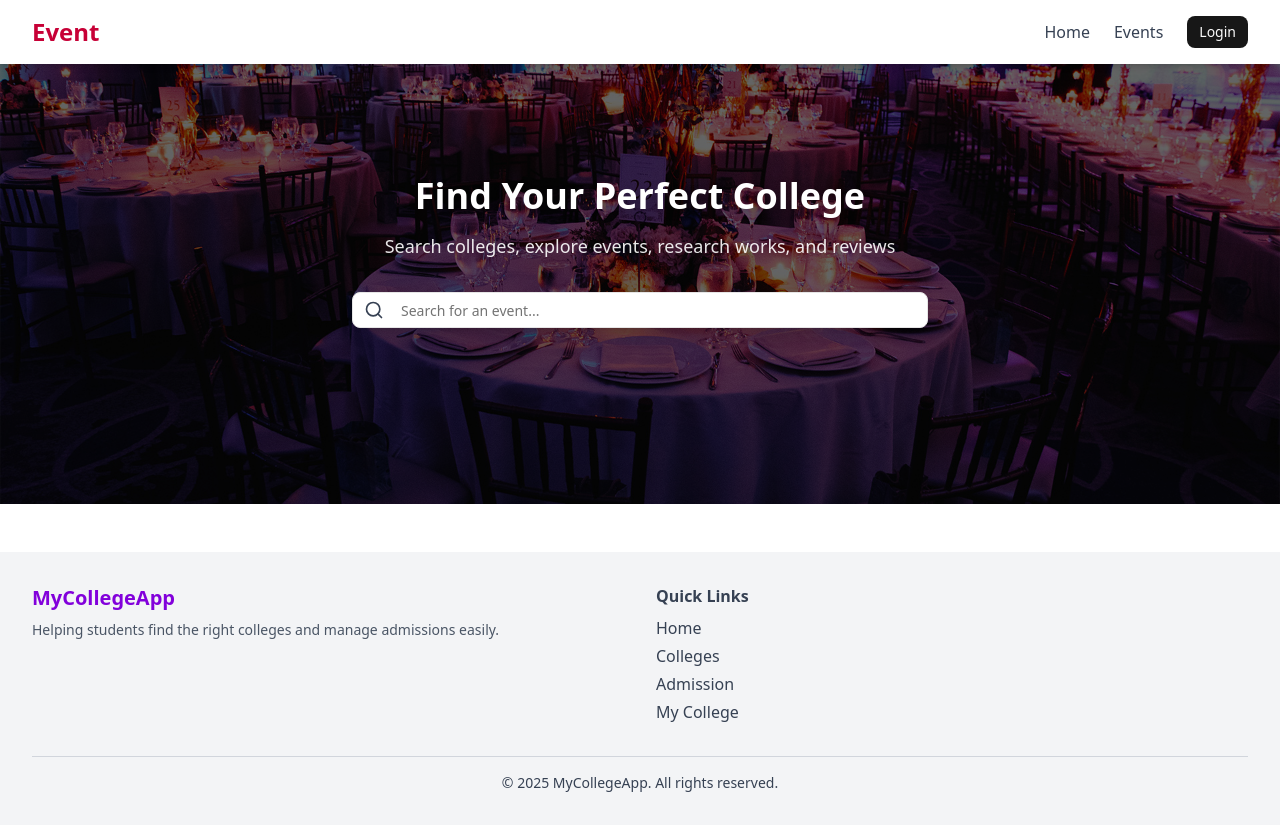
Repository: shshafin/event-client
Page: /
An editor plug-in stored every save of this project. The page is shown before and after a run of saves, followed by the edit.
The browser window is 1280 px wide. The pictures show the whole page.
The page's requests for data from a server got no answer. The project was rebuilt for these pictures with package versions that can differ from the ones it lists, and the page was loaded fresh each time. The framework's server and built-in components were replaced by stand-ins that run in the browser. No one was signed in, and anything a server would have sent is missing. Also part of the build but not shown: next.config.ts, src/components/ui/dropdown-menu.tsx.

Above is the page before, as saved 2025-10-30 14:39:14.

### src/app/layout.tsx
import "@/styles/globals.css";
import { Viewport } from "next";
import clsx from "clsx";

import { fontSans } from "@/config/font";
import { Providers } from "@/lib/provider";

export const viewport: Viewport = {
  themeColor: [
    { media: "(prefers-color-scheme: light)", color: "white" },
    { media: "(prefers-color-scheme: dark)", color: "black" },
  ],
};

export default function RootLayout({
  children,
}: {
  children: React.ReactNode;
}) {
  return (
    <html
      suppressHydrationWarning
      lang="en">
      <head />
      <body
        className={clsx(
          "min-h-screen bg-background font-sans antialiased",
          fontSans.variable
        )}>
        <Providers>{children}</Providers>
      </body>
    </html>
  );
}

### src/app/(withCommonLayout)/layout.tsx
import Footer from "@/components/ui/Footer";
import Navbar from "@/components/ui/Navbar";
import React from "react";

const withCommonLayout = ({ children }: { children: React.ReactNode }) => {
  return (
    <div className="relative flex flex-col h-screen">
      <Navbar />
      <main>{children}</main>
      <Footer />
    </div>
  );
};

export default withCommonLayout;

### src/app/(withCommonLayout)/(home)/layout.tsx
import { ReactNode } from "react";

const Layout = ({
  children,
  events,
  categories,
  reviews,
}: {
  children: ReactNode;
  events: ReactNode;
  categories: ReactNode;
  reviews: ReactNode;
}) => {
  return (
    <>
      {children}
      {events}
      {categories}
      {reviews}
    </>
  );
};

export default Layout;

### src/app/(withCommonLayout)/(home)/page.tsx
import Landing from "@/components/modules/home/Landing";

export default function Home() {
  return (
    <>
      <Landing />
    </>
  );
}

### src/lib/provider/index.tsx
"use client";

import * as React from "react";
import { QueryClient, QueryClientProvider } from "@tanstack/react-query";
import { Toaster } from "sonner";
import UserProvider from "@/context/user.provider";

export interface ProvidersProps {
  children: React.ReactNode;
}

export function Providers({ children }: ProvidersProps) {
  const queryClient = new QueryClient();

  return (
    <QueryClientProvider client={queryClient}>
      <UserProvider>
        <Toaster
          richColors
          position="top-center"
          closeButton
        />
        {children}
      </UserProvider>
    </QueryClientProvider>
  );
}

### src/components/ui/Footer.tsx
"use client";

import Link from "next/link";

export default function Footer() {
  return (
    <footer className="bg-gray-100 dark:bg-gray-900 text-gray-700 dark:text-gray-300 py-8 mt-12">
      <div className="max-w-7xl mx-auto px-4 sm:px-6 lg:px-8">
        <div className="grid grid-cols-1 md:grid-cols-2 gap-8">
          {/* Logo & description */}
          <div>
            <span className="font-bold text-xl text-purple-700">
              MyCollegeApp
            </span>
            <p className="mt-2 text-sm text-gray-600 dark:text-gray-400">
              Helping students find the right colleges and manage admissions
              easily.
            </p>
          </div>

          {/* Quick Links */}
          <div>
            <h3 className="font-semibold mb-2">Quick Links</h3>
            <ul className="space-y-1">
              <li>
                <Link
                  href="/"
                  className="hover:text-purple-700">
                  Home
                </Link>
              </li>
              <li>
                <Link
                  href="/college"
                  className="hover:text-purple-700">
                  Colleges
                </Link>
              </li>
              <li>
                <Link
                  href="/admission"
                  className="hover:text-purple-700">
                  Admission
                </Link>
              </li>
              <li>
                <Link
                  href="/my-college"
                  className="hover:text-purple-700">
                  My College
                </Link>
              </li>
            </ul>
          </div>
        </div>

        <div className="mt-8 border-t border-gray-300 dark:border-gray-700 pt-4 text-center text-sm">
          © {new Date().getFullYear()} MyCollegeApp. All rights reserved.
        </div>
      </div>
    </footer>
  );
}

### src/components/modules/home/Landing.tsx
"use client";

import Image from "next/image";
import { Input } from "@/components/ui/input";
import { Search } from "lucide-react";
import { useState } from "react";
import Link from "next/link";
import { useSearchEvents } from "@/hooks/event.hook";

export default function Landing() {
  const [searchTerm, setSearchTerm] = useState("");
  const { data, isLoading, error } = useSearchEvents(searchTerm);

  return (
    <section className="relative h-[60vh] sm:h-[70vh] w-full">
      {/* Background Image */}
      <Image
        src="/college-hero.jpg"
        alt="College Hero"
        fill
        className="object-cover object-center"
        unoptimized
      />

      {/* Overlay for better contrast */}
      <div className="absolute inset-0 bg-black/60"></div>

      {/* Search content */}
      <div className="relative z-10 flex h-full flex-col items-center justify-center px-4 text-center">
        <h1 className="mb-4 text-3xl sm:text-4xl font-bold text-white drop-shadow-lg">
          Find Your Perfect College
        </h1>
        <p className="mb-6 sm:mb-8 text-base sm:text-lg text-white/90">
          Search colleges, explore events, research works, and reviews
        </p>

        <form
          className="w-full max-w-xl"
          onSubmit={(e) => e.preventDefault()} // prevent page reload
        >
          <div className="relative">
            <Input
              id="search"
              type="text"
              placeholder="Search for an event..."
              className="bg-white text-sm pl-12 shadow-lg"
              value={searchTerm}
              onChange={(e) => setSearchTerm(e.target.value)}
            />
            <Search className="absolute left-3 top-1/2 -translate-y-1/2 w-5 h-5 text-gray-700 pointer-events-none" />
          </div>
        </form>

        {/* Search results */}
        {searchTerm && (
          <div className="mt-4 w-full max-w-xl bg-white rounded-md shadow-lg p-4 text-left">
            {isLoading && <p>Loading...</p>}
            {error && <p className="text-red-500">Failed to load results</p>}
            {data?.data?.length === 0 && !isLoading && <p>No events found</p>}
            {data?.data?.map((event: any) => (
              <Link
                key={event._id}
                href={`/events/${event._id}`}
                className="block py-2 px-3 rounded hover:bg-gray-100 transition">
                {event.name}{" "}
                <span className="text-gray-500 text-sm">
                  ({event.category})
                </span>
              </Link>
            ))}
          </div>
        )}
      </div>
    </section>
  );
}

### src/context/user.provider.tsx
"use client";

import {
  createContext,
  Dispatch,
  SetStateAction,
  useContext,
  useEffect,
  useState,
} from "react";
import { IUser } from "../types";
import { getCurrentUser } from "../services/AuthService";

interface IUserProviderValues {
  user: IUser | null;
  isLoading: boolean;
  setUser: (user: IUser | null) => void;
  setIsLoading: Dispatch<SetStateAction<boolean>>;
}

const UserContext = createContext<IUserProviderValues | undefined>(undefined);

const UserProvider = ({ children }: { children: React.ReactNode }) => {
  const [user, setUser] = useState<IUser | null>(null);
  const [isLoading, setIsLoading] = useState(true);

  const handleUser = async () => {
    try {
      const user = await getCurrentUser();
      setUser(user);
    } catch (error) {
      console.error("Failed to fetch user:", error);
      setUser(null);
    } finally {
      setIsLoading(false);
    }
  };

  useEffect(() => {
    handleUser();
  }, []);

  return (
    <UserContext.Provider value={{ user, setUser, isLoading, setIsLoading }}>
      {children}
    </UserContext.Provider>
  );
};

export const useUser = () => {
  const context = useContext(UserContext);

  if (context === undefined) {
    throw new Error("useUser must be used within the UserProvider context");
  }

  return context;
};

export default UserProvider;

### src/components/ui/button.tsx
import * as React from "react"
import { Slot } from "@radix-ui/react-slot"
import { cva, type VariantProps } from "class-variance-authority"

import { cn } from "@/lib/utils"

const buttonVariants = cva(
  "inline-flex items-center justify-center gap-2 whitespace-nowrap rounded-md text-sm font-medium transition-all disabled:pointer-events-none disabled:opacity-50 [&_svg]:pointer-events-none [&_svg:not([class*='size-'])]:size-4 shrink-0 [&_svg]:shrink-0 outline-none focus-visible:border-ring focus-visible:ring-ring/50 focus-visible:ring-[3px] aria-invalid:ring-destructive/20 dark:aria-invalid:ring-destructive/40 aria-invalid:border-destructive",
  {
    variants: {
      variant: {
        default: "bg-primary text-primary-foreground hover:bg-primary/90",
        destructive:
          "bg-destructive text-white hover:bg-destructive/90 focus-visible:ring-destructive/20 dark:focus-visible:ring-destructive/40 dark:bg-destructive/60",
        outline:
          "border bg-background shadow-xs hover:bg-accent hover:text-accent-foreground dark:bg-input/30 dark:border-input dark:hover:bg-input/50",
        secondary:
          "bg-secondary text-secondary-foreground hover:bg-secondary/80",
        ghost:
          "hover:bg-accent hover:text-accent-foreground dark:hover:bg-accent/50",
        link: "text-primary underline-offset-4 hover:underline",
      },
      size: {
        default: "h-9 px-4 py-2 has-[>svg]:px-3",
        sm: "h-8 rounded-md gap-1.5 px-3 has-[>svg]:px-2.5",
        lg: "h-10 rounded-md px-6 has-[>svg]:px-4",
        icon: "size-9",
        "icon-sm": "size-8",
        "icon-lg": "size-10",
      },
    },
    defaultVariants: {
      variant: "default",
      size: "default",
    },
  }
)

function Button({
  className,
  variant,
  size,
  asChild = false,
  ...props
}: React.ComponentProps<"button"> &
  VariantProps<typeof buttonVariants> & {
    asChild?: boolean
  }) {
  const Comp = asChild ? Slot : "button"

  return (
    <Comp
      data-slot="button"
      className={cn(buttonVariants({ variant, size, className }))}
      {...props}
    />
  )
}

export { Button, buttonVariants }

### src/services/AuthService/index.ts
"use server";
import { axiosInstance } from "@/lib/AxiosInstance";
import { cookies } from "next/headers";
import { FieldValues } from "react-hook-form";

// Helper to get token from cookies
export const getToken = async () => {
  const cookieStore = await cookies();
  const token = cookieStore.get("access_token")?.value;
  if (!token)
    throw new Error("Authentication token not found. Please login again.");
  return token;
};

// ! Register User
export const registerUser = async (userData: FieldValues) => {
  try {
    const { data } = await axiosInstance.post("/users/register", userData);
    return data;
  } catch (error: any) {
    throw new Error(error);
  }
};

// ! Login User
export const loginUser = async (userData: FieldValues) => {
  try {
    const { data } = await axiosInstance.post("/auth/login", userData);
    if (data?.success) {
      (await cookies()).set("access_token", data?.data?.accessToken);
    }
    return data;
  } catch (error: any) {
    throw new Error(error);
  }
};

// ! Update User
export const updateUser = async (userData: FieldValues, id: string) => {
  try {
    const token = await getToken();
    const { data } = await axiosInstance.patch(
      `/users/update/${id}`,
      userData,
      {
        headers: {
          Authorization: `Bearer ${token}`,
        },
      }
    );
    return data;
  } catch (error: any) {
    throw new Error(error);
  }
};

// ! Logout User
export const logoutUser = async () => {
  (await cookies()).delete("access_token");
};

// ! get user
export const getCurrentUser = async () => {
  const accessToken = (await cookies()).get("access_token")?.value;

  if (!accessToken) return null;

  try {
    const { data } = await axiosInstance.get("/auth/me", {
      headers: {
        Authorization: `Bearer ${accessToken}`,
      },
    });

    return data;
  } catch (err) {
    console.error("Failed to fetch current user:", err);
    return null;
  }
};

### src/components/ui/input.tsx
import * as React from "react"

import { cn } from "@/lib/utils"

function Input({ className, type, ...props }: React.ComponentProps<"input">) {
  return (
    <input
      type={type}
      data-slot="input"
      className={cn(
        "file:text-foreground placeholder:text-muted-foreground selection:bg-primary selection:text-primary-foreground dark:bg-input/30 border-input h-9 w-full min-w-0 rounded-md border bg-transparent px-3 py-1 text-base shadow-xs transition-[color,box-shadow] outline-none file:inline-flex file:h-7 file:border-0 file:bg-transparent file:text-sm file:font-medium disabled:pointer-events-none disabled:cursor-not-allowed disabled:opacity-50 md:text-sm",
        "focus-visible:border-ring focus-visible:ring-ring/50 focus-visible:ring-[3px]",
        "aria-invalid:ring-destructive/20 dark:aria-invalid:ring-destructive/40 aria-invalid:border-destructive",
        className
      )}
      {...props}
    />
  )
}

export { Input }

### src/hooks/event.hook.ts
import {
  addEvent,
  getEventById,
  getEvents,
  getEventsByCategory,
  searchEventsByName,
} from "@/services/Event-Service";
import { useQuery, useMutation } from "@tanstack/react-query";

//  Get all events
export const useGetEvents = () => {
  return useQuery({
    queryKey: ["GET_EVENTS"],
    queryFn: async () => await getEvents(),
  });
};

//  Get single event by ID
export const useGetEventById = (id: string) => {
  return useQuery({
    queryKey: ["GET_EVENT", id],
    queryFn: async () => await getEventById(id),
    enabled: !!id,
  });
};

//  Get all events by category
export const useGetEventsByCategory = (category: string) => {
  return useQuery({
    queryKey: ["GET_EVENTS_BY_CATEGORY", category],
    queryFn: async () => await getEventsByCategory(category),
  });
};

//  Search events by name
export const useSearchEvents = (name: string) => {
  return useQuery({
    queryKey: ["SEARCH_EVENTS", name],
    queryFn: async () => await searchEventsByName(name),
    enabled: !!name,
  });
};

//  Add new event (admin only)
export const useAddEvent = () => {
  return useMutation({
    mutationFn: async (formData: FormData) => await addEvent(formData),
  });
};

### src/lib/AxiosInstance/index.ts
"use server";

import { envConfig } from "@/config/envConfig";
import axios from "axios";
import { cookies } from "next/headers";

export const axiosInstance = axios.create({
  baseURL: envConfig.base_Api,
});

axiosInstance.interceptors.request.use(
  async (config) => {
    try {
      const cookieStore = await cookies(); //
      const cookie = cookieStore.get("accessToken");
      const accessToken = cookie?.value;

      if (accessToken && config.headers) {
        config.headers.Authorization = `Bearer ${accessToken}`;
      }

      return config;
    } catch (err) {
      console.error("Axios request interceptor error:", err);
      return config;
    }
  },
  (error) => {
    return Promise.reject(error);
  }
);

axiosInstance.interceptors.response.use(
  (response) => response,
  (error) => {
    console.error(
      "Axios response error:",
      error.response?.data || error.message
    );
    return Promise.reject(error);
  }
);

### src/services/Event-Service/index.ts
"use server";

import { axiosInstance } from "@/lib/AxiosInstance";
import { getToken } from "../AuthService";


// Get all events
export const getEvents = async () => {
  try {
    const { data } = await axiosInstance.get("/events/all");
    return data;
  } catch (error: any) {
    throw new Error(error?.response?.data?.message || "Failed to fetch events");
  }
};

// Get single event by ID
export const getEventById = async (id: string) => {
  try {
    const { data } = await axiosInstance.get(`/events/${id}`);
    return data;
  } catch (error: any) {
    throw new Error(error?.response?.data?.message || "Failed to fetch event");
  }
};

// Get all events by category
export const getEventsByCategory = async (category: string) => {
  try {
    const { data } = await axiosInstance.get(`/events/category/${category}`);
    return data;
  } catch (error: any) {
    throw new Error(
      error?.response?.data?.message || "Failed to fetch events by category"
    );
  }
};

// Add new event (admin only)
export const addEvent = async (payload: FormData) => {
  try {
    const token = await getToken();

    const { data } = await axiosInstance.post("/events/create", payload, {
      headers: {
        Authorization: `Bearer ${token}`,
        "Content-Type": "multipart/form-data",
      },
    });

    return data;
  } catch (error: any) {
    throw new Error(error?.response?.data?.message || "Failed to create event");
  }
};

// Search events by name
export const searchEventsByName = async (name: string) => {
  try {
    const { data } = await axiosInstance.get("/events/search", {
      params: { name },
    });
    return data;
  } catch (error: any) {
    throw new Error(
      error?.response?.data?.message || "Failed to search events"
    );
  }
};

### src/config/envConfig.ts
export const envConfig = {
  base_Api: process.env.NEXT_PUBLIC_BASE_API,
  base_Url: process.env.NEXT_PUBLIC_BASE_URL,
};

Loaded but not shown: src/styles/globals.css (common file); src/config/font.ts (common file); src/lib/utils.ts (common file); src/components/ui/Navbar.tsx (195 lines, source omitted)

After the next 2 saves:
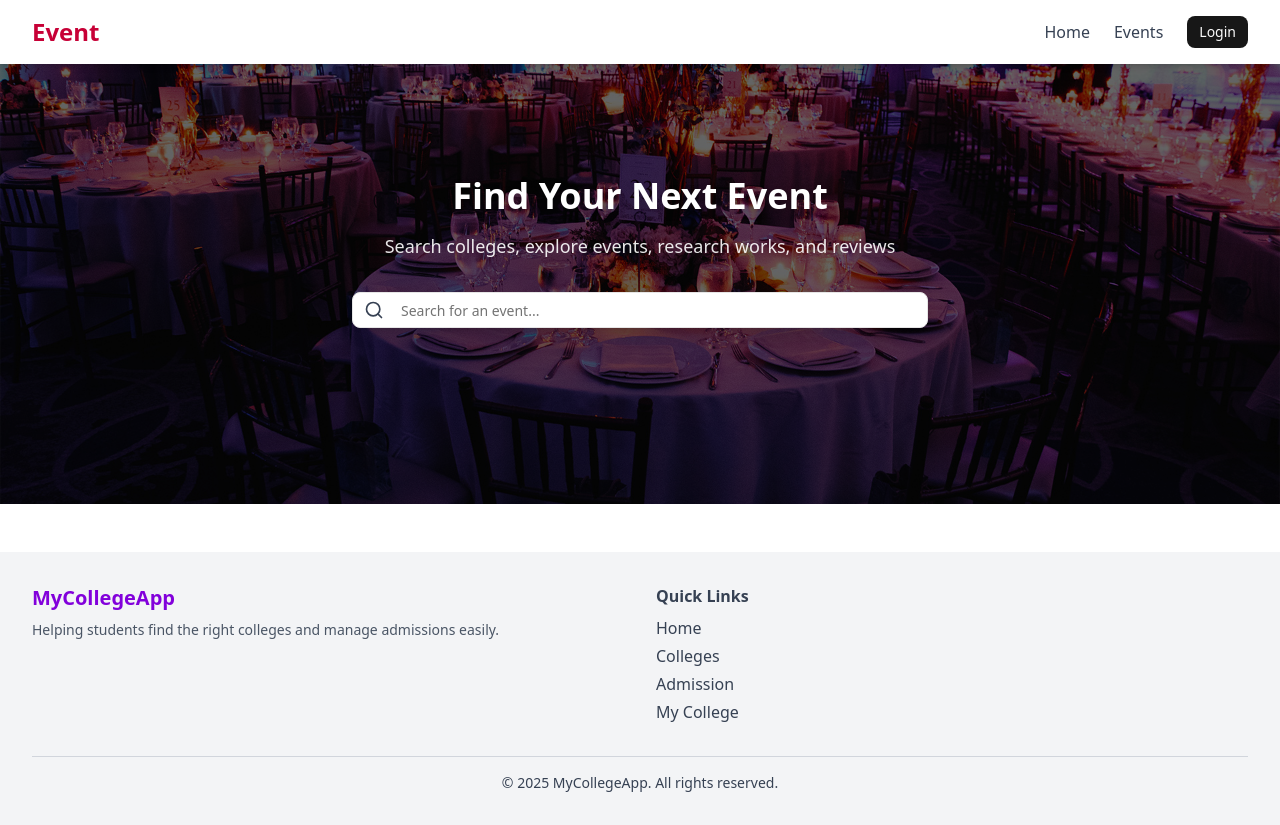
The 2 saves are shown as one change because they came seconds apart.
The last was saved 8 s later.
--- a/src/components/modules/home/Landing.tsx
+++ b/src/components/modules/home/Landing.tsx
@@ -28,7 +28,7 @@ export default function Landing() {
       {/* Search content */}
       <div className="relative z-10 flex h-full flex-col items-center justify-center px-4 text-center">
         <h1 className="mb-4 text-3xl sm:text-4xl font-bold text-white drop-shadow-lg">
-          Find Your Perfect College
+          Find Your Next Event
         </h1>
         <p className="mb-6 sm:mb-8 text-base sm:text-lg text-white/90">
           Search colleges, explore events, research works, and reviews
